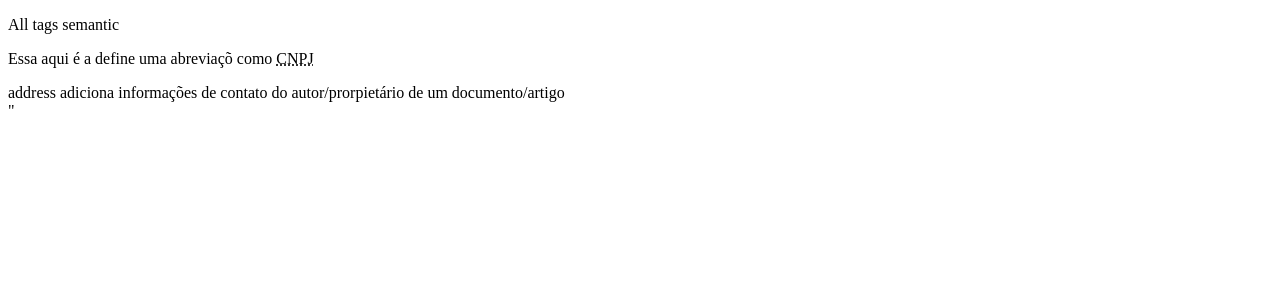
Repository: ErikMesquita/Danki-Code
Page: formatação/index.html
An editor plug-in stored every save of this project. The page is shown before and after the next save, followed by the edit.
The browser window is 1280 px wide. The pictures show the whole page.

Above is the page before, as saved 2023-10-28 10:57:33.

### formatação/index.html
<!DOCTYPE html>
<html lang="pt-br">

<head>
    <meta charset="UTF-8">
    <meta name="viewport" content="width=device-width, initial-scale=1.0">
    <title>Tags de Formatação</title>
</head>

<body>

    <p>All tags semantic</p>
    <!--
        <abbr title=""></abbr> (define uma abreviação ou acrônimo.)

        <address></address> (adiciona informações de contato do autor/proprietário de um documento/artigo.)

        <b></b> (adiciona negrito a uma frase.)

        <bdi></bdi> (irá isolar um parte de um texto formatado que pode estar em um alinhamento diferente.)

        <bdo dir=""></bdo> (substitui a direção do texto autal.)

        <blockquote></blockquote> (define uma citação.)

        <cite></cite> (define o títilo de uma citação.)

        <code></code> (adiciona uma parte de um código. *refere-se ao código de uma linguagem de programação.)

        <del></del> (define um texto que será excluído do documento.)

        <dfn></dfn> (define um termo que será usado posteriormente no documento.)

        <em></em> (usado para dar ênfase a um texto ou frase.)

        <i></i> (permite que um texto ou frase fique em itálico.)

        <ins></ins> (define um texto que será inserido no documento.)

        <kbd></kbd> (define umma letra de atalho para usar no teclado.)

        <mark></mark> (define um texto marcado.)

        <pre></pre> (define um texto pré-formatado.)

        <progress></progress> (usado para representar o progresso de uma tarefa.)

        <s></s> (define um texto que não está mais correto.)

        <small></small> (define que um texto será menor que o ádrão usado.)

        <strong></strong> (define que o texto é importante/relevante.)

        <sub></sub> (define um texto subscrito, ele geralmente é usado para fórmulas químicas.)

        <sup></sup> (define um texto sobrescito, ele geralmente é usado para notas de rodapé.)

        <time></time> (define uma data ou horário específico.)

        <u></u> (define um texto sublinhado.)

        <var></var> (Define uma variável.)

        <wbr></wbr> (define uma possível quebra de linha.)

        -->
    </p>

    <p>Essa aqui é a define uma abreviaçõ como <abbr title="Cadastro Nacional de Pessoas Jurídicas">CNPJ</abbr></p>

    <p>address adiciona informações de contato  do autor/prorpietário de um documento/artigo <br> "</p>
</body>

</html>

After the next save:
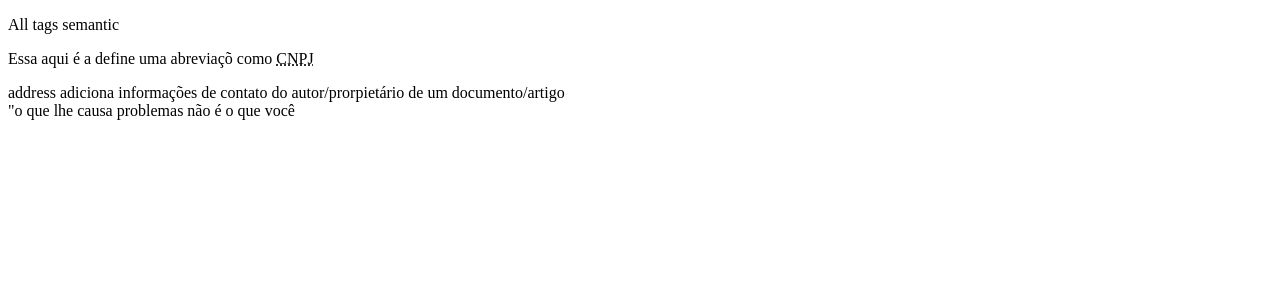
Saved 14 s later.
--- a/formatação/index.html
+++ b/formatação/index.html
@@ -68,7 +68,7 @@
 
     <p>Essa aqui é a define uma abreviaçõ como <abbr title="Cadastro Nacional de Pessoas Jurídicas">CNPJ</abbr></p>
 
-    <p>address adiciona informações de contato  do autor/prorpietário de um documento/artigo <br> "</p>
+    <p>address adiciona informações de contato  do autor/prorpietário de um documento/artigo <br> "o que lhe causa problemas não é o que você</p>
 </body>
 
 </html>
